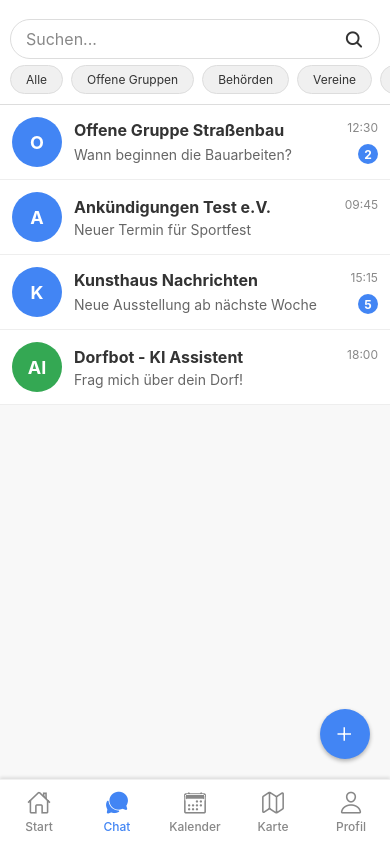
Repository: mylocalapp-de/MyLocalApp
Screen: /Chat
These files come from the project's save history. The screen is drawn as it stood at one moment and after the next save; the edit follows.
The app was drawn by React Native's web renderer in a window 390 px wide. The project was rebuilt for these pictures with package versions that can differ from the ones it lists, and the page was loaded fresh each time. Also part of the build but not shown: src/screens/CalendarScreen.js, src/screens/MapScreen.js, src/screens/ProfileScreen.js.

Above is the screen before, as saved 2025-03-25 16:28:55.

### App.js
import { StatusBar } from 'expo-status-bar';
import React from 'react';
import { SafeAreaProvider } from 'react-native-safe-area-context';
import AppNavigator from './src/navigation/AppNavigator';

export default function App() {
  return (
    <SafeAreaProvider>
      <StatusBar style="auto" />
      <AppNavigator />
    </SafeAreaProvider>
  );
}

### src/navigation/AppNavigator.js
import React from 'react';
import { NavigationContainer } from '@react-navigation/native';
import { createBottomTabNavigator } from '@react-navigation/bottom-tabs';
import { Ionicons } from '@expo/vector-icons';
import { Platform } from 'react-native';

// Import screens
import HomeScreen from '../screens/HomeScreen';
import ChatScreen from '../screens/ChatScreen';
import CalendarScreen from '../screens/CalendarScreen';
import MapScreen from '../screens/MapScreen';
import ProfileScreen from '../screens/ProfileScreen';

const Tab = createBottomTabNavigator();

const AppNavigator = () => {
  return (
    <NavigationContainer>
      <Tab.Navigator
        screenOptions={({ route }) => ({
          tabBarIcon: ({ focused, color, size }) => {
            let iconName;

            if (route.name === 'Home') {
              iconName = focused ? 'home' : 'home-outline';
            } else if (route.name === 'Chat') {
              iconName = focused ? 'chatbubbles' : 'chatbubbles-outline';
            } else if (route.name === 'Calendar') {
              iconName = focused ? 'calendar' : 'calendar-outline';
            } else if (route.name === 'Map') {
              iconName = focused ? 'map' : 'map-outline';
            } else if (route.name === 'Profile') {
              iconName = focused ? 'person' : 'person-outline';
            }

            return <Ionicons name={iconName} size={size} color={color} />;
          },
          tabBarActiveTintColor: '#4285F4',
          tabBarInactiveTintColor: '#888',
          headerShown: false,
          tabBarStyle: {
            height: Platform.OS === 'ios' ? 85 : 65,
            paddingTop: 5,
            paddingBottom: Platform.OS === 'ios' ? 25 : 10,
            backgroundColor: '#fff',
            borderTopWidth: 1,
            borderTopColor: '#f1f1f1',
            shadowColor: '#000',
            shadowOffset: { width: 0, height: -2 },
            shadowOpacity: 0.1,
            shadowRadius: 3,
            elevation: 5,
          },
          tabBarLabelStyle: {
            fontSize: 12,
            fontWeight: '500',
            paddingBottom: Platform.OS === 'ios' ? 5 : 0,
          },
        })}
      >
        <Tab.Screen
          name="Home"
          component={HomeScreen}
          options={{ tabBarLabel: 'Start' }}
        />
        <Tab.Screen
          name="Chat"
          component={ChatScreen}
          options={{ tabBarLabel: 'Chat' }}
        />
        <Tab.Screen
          name="Calendar"
          component={CalendarScreen}
          options={{ tabBarLabel: 'Kalender' }}
        />
        <Tab.Screen
          name="Map"
          component={MapScreen}
          options={{ tabBarLabel: 'Karte' }}
        />
        <Tab.Screen
          name="Profile"
          component={ProfileScreen}
          options={{ tabBarLabel: 'Profil' }}
        />
      </Tab.Navigator>
    </NavigationContainer>
  );
};

export default AppNavigator;

### src/screens/HomeScreen.js
import React from 'react';
import { View, Text, StyleSheet, ScrollView, TouchableOpacity, Platform } from 'react-native';
import ScreenHeader from '../components/common/ScreenHeader';
import { Ionicons } from '@expo/vector-icons';

const HomeScreen = () => {
  // Placeholder filters for the home screen
  const homeFilters = ['Aktuell', 'Vereine', 'Gemeinde', 'Veranstaltungen', 'Polizei'];

  // Placeholder articles
  const articles = [
    {
      id: 1,
      title: 'Polizei hat wieder Sprechstunden',
      date: '01.03.2023',
      content: 'Beitrag vom 01.03.2023. Die Polizei informiert über neue Sprechzeiten...',
      type: 'Polizei'
    },
    {
      id: 2,
      title: 'Dein Heimatort-Rat',
      date: '15.03.2023',
      content: 'Der Rat tagt ab sofort jeden zweiten Mittwoch im Monat...',
      type: 'Gemeinde'
    },
    {
      id: 3,
      title: 'Allgemeine Offene Gruppe',
      date: '20.03.2023',
      content: 'Neue Treffen ab jetzter Woche jeden Donnerstag...',
      type: 'Vereine'
    },
    {
      id: 4,
      title: 'Neue Feuerwehr-Spritze',
      date: '25.03.2023',
      content: 'Was tun, ob die Sirene heult?...',
      type: 'Gemeinde'
    },
  ];

  return (
    <View style={styles.container}>
      <ScreenHeader filters={homeFilters} />

      <ScrollView
        style={styles.content}
        contentContainerStyle={styles.scrollContent}
        showsVerticalScrollIndicator={false}
      >
        {articles.map(article => (
          <TouchableOpacity key={article.id} style={styles.articleCard}>
            <View style={styles.articleHeader}>
              <View style={styles.articleInfo}>
                <Text style={styles.articleType}>{article.type}</Text>
                <Text style={styles.articleDate}>{article.date}</Text>
              </View>
              <Ionicons name="ellipsis-vertical" size={20} color="#666" />
            </View>
            <Text style={styles.articleTitle}>{article.title}</Text>
            <Text style={styles.articleContent} numberOfLines={3}>
              {article.content}
            </Text>
          </TouchableOpacity>
        ))}
        <View style={styles.bottomPadding} />
      </ScrollView>

      <TouchableOpacity style={styles.addButton}>
        <Ionicons name="add" size={24} color="#fff" />
      </TouchableOpacity>
    </View>
  );
};

const styles = StyleSheet.create({
  container: {
    flex: 1,
    backgroundColor: '#f8f8f8',
  },
  content: {
    flex: 1,
  },
  scrollContent: {
    padding: 10,
    paddingBottom: Platform.OS === 'ios' ? 30 : 20,
  },
  bottomPadding: {
    height: 60, // Extra space at the bottom of the scroll for better UX
  },
  articleCard: {
    backgroundColor: '#fff',
    borderRadius: 8,
    padding: 15,
    marginBottom: 12,
    shadowColor: '#000',
    shadowOffset: { width: 0, height: 2 },
    shadowOpacity: 0.1,
    shadowRadius: 4,
    elevation: 2,
  },
  articleHeader: {
    flexDirection: 'row',
    justifyContent: 'space-between',
    alignItems: 'center',
    marginBottom: 8,
  },
  articleInfo: {
    flexDirection: 'row',
    alignItems: 'center',
  },
  articleType: {
    fontSize: 12,
    color: '#4285F4',
    fontWeight: 'bold',
    marginRight: 8,
  },
  articleDate: {
    fontSize: 12,
    color: '#888',
  },
  articleTitle: {
    fontSize: 16,
    fontWeight: 'bold',
    marginBottom: 8,
    color: '#333',
  },
  articleContent: {
    fontSize: 14,
    color: '#666',
    lineHeight: 20,
  },
  addButton: {
    position: 'absolute',
    right: 20,
    bottom: Platform.OS === 'ios' ? 100 : 30,
    width: 50,
    height: 50,
    borderRadius: 25,
    backgroundColor: '#4285F4',
    justifyContent: 'center',
    alignItems: 'center',
    shadowColor: '#000',
    shadowOffset: { width: 0, height: 2 },
    shadowOpacity: 0.3,
    shadowRadius: 4,
    elevation: 5,
  },
});

export default HomeScreen;

### src/screens/ChatScreen.js
import React from 'react';
import { View, Text, StyleSheet, FlatList, TouchableOpacity, Image } from 'react-native';
import ScreenHeader from '../components/common/ScreenHeader';
import { Ionicons } from '@expo/vector-icons';

const ChatScreen = () => {
  // Placeholder filters for the chat screen
  const chatFilters = ['Alle', 'Offene Gruppen', 'Behörden', 'Vereine', 'Ungelesen'];

  // Placeholder chat groups
  const chatGroups = [
    {
      id: 1,
      name: 'Offene Gruppe Straßenbau',
      lastMessage: 'Wann beginnen die Bauarbeiten?',
      time: '12:30',
      unread: 2,
      avatar: null,
      type: 'Offene Gruppen'
    },
    {
      id: 2,
      name: 'Ankündigungen Test e.V.',
      lastMessage: 'Neuer Termin für Sportfest',
      time: '09:45',
      unread: 0,
      avatar: null,
      type: 'Vereine'
    },
    {
      id: 3,
      name: 'Kunsthaus Nachrichten',
      lastMessage: 'Neue Ausstellung ab nächste Woche',
      time: '15:15',
      unread: 5,
      avatar: null,
      type: 'Behörden'
    },
    {
      id: 4,
      name: 'Dorfbot - KI Assistent',
      lastMessage: 'Frag mich über dein Dorf!',
      time: '18:00',
      unread: 0,
      avatar: null,
      type: 'Behörden',
      isBot: true
    }
  ];

  const renderAvatar = (item) => {
    if (item.avatar) {
      return <Image source={{ uri: item.avatar }} style={styles.avatar} />;
    }

    return (
      <View
        style={[styles.avatarPlaceholder,
          item.isBot ? styles.botAvatar : {}
        ]}
      >
        <Text style={styles.avatarLetter}>
          {item.isBot ? 'AI' : item.name.charAt(0)}
        </Text>
      </View>
    );
  };

  const renderChatItem = ({ item }) => (
    <TouchableOpacity style={styles.chatItem}>
      {renderAvatar(item)}
      <View style={styles.chatInfo}>
        <View style={styles.chatTopLine}>
          <Text style={styles.chatName}>{item.name}</Text>
          <Text style={styles.chatTime}>{item.time}</Text>
        </View>
        <View style={styles.chatBottomLine}>
          <Text style={styles.chatMessage} numberOfLines={1}>
            {item.lastMessage}
          </Text>
          {item.unread > 0 && (
            <View style={styles.unreadBadge}>
              <Text style={styles.unreadText}>{item.unread}</Text>
            </View>
          )}
        </View>
      </View>
    </TouchableOpacity>
  );

  return (
    <View style={styles.container}>
      <ScreenHeader filters={chatFilters} />

      <FlatList
        data={chatGroups}
        renderItem={renderChatItem}
        keyExtractor={item => item.id.toString()}
        style={styles.chatList}
      />

      <TouchableOpacity style={styles.addButton}>
        <Ionicons name="add" size={24} color="#fff" />
      </TouchableOpacity>
    </View>
  );
};

const styles = StyleSheet.create({
  container: {
    flex: 1,
    backgroundColor: '#f8f8f8',
  },
  chatList: {
    flex: 1,
    backgroundColor: '#f8f8f8',
  },
  chatItem: {
    flexDirection: 'row',
    padding: 12,
    backgroundColor: '#fff',
    borderBottomWidth: 1,
    borderBottomColor: '#eee',
    alignItems: 'center',
  },
  avatar: {
    width: 50,
    height: 50,
    borderRadius: 25,
    marginRight: 12,
  },
  avatarPlaceholder: {
    width: 50,
    height: 50,
    borderRadius: 25,
    backgroundColor: '#4285F4',
    justifyContent: 'center',
    alignItems: 'center',
    marginRight: 12,
  },
  botAvatar: {
    backgroundColor: '#34A853',
  },
  avatarLetter: {
    color: '#fff',
    fontSize: 18,
    fontWeight: 'bold',
  },
  chatInfo: {
    flex: 1,
    justifyContent: 'center',
  },
  chatTopLine: {
    flexDirection: 'row',
    justifyContent: 'space-between',
    marginBottom: 4,
  },
  chatBottomLine: {
    flexDirection: 'row',
    justifyContent: 'space-between',
    alignItems: 'center',
  },
  chatName: {
    fontSize: 16,
    fontWeight: 'bold',
    color: '#333',
  },
  chatTime: {
    fontSize: 12,
    color: '#888',
  },
  chatMessage: {
    fontSize: 14,
    color: '#666',
    flex: 1,
    marginRight: 8,
  },
  unreadBadge: {
    backgroundColor: '#4285F4',
    width: 20,
    height: 20,
    borderRadius: 10,
    justifyContent: 'center',
    alignItems: 'center',
  },
  unreadText: {
    color: '#fff',
    fontSize: 12,
    fontWeight: 'bold',
  },
  addButton: {
    position: 'absolute',
    right: 20,
    bottom: 20,
    width: 50,
    height: 50,
    borderRadius: 25,
    backgroundColor: '#4285F4',
    justifyContent: 'center',
    alignItems: 'center',
    shadowColor: '#000',
    shadowOffset: { width: 0, height: 2 },
    shadowOpacity: 0.3,
    shadowRadius: 4,
    elevation: 5,
  },
});

export default ChatScreen;

### src/components/common/ScreenHeader.js
import React from 'react';
import { View, StyleSheet, Text, Platform, SafeAreaView } from 'react-native';
import SearchBar from './SearchBar';
import FilterButtons from './FilterButtons';

const ScreenHeader = ({ title, filters = [] }) => {
  return (
    <SafeAreaView style={styles.safeArea}>
      <View style={styles.container}>
        <SearchBar />
        <FilterButtons filters={filters} />
      </View>
    </SafeAreaView>
  );
};

const styles = StyleSheet.create({
  safeArea: {
    width: '100%',
    backgroundColor: '#fff',
    paddingTop: Platform.OS === 'ios' ? 8 : 4,
  },
  container: {
    width: '100%',
    backgroundColor: '#fff',
    borderBottomWidth: 1,
    borderBottomColor: '#ddd',
  },
});

export default ScreenHeader;

### src/components/common/SearchBar.js
import React from 'react';
import { View, TextInput, StyleSheet, TouchableOpacity, Platform } from 'react-native';
import { Ionicons } from '@expo/vector-icons';

const SearchBar = ({ placeholder = 'Suchen...' }) => {
  return (
    <View style={styles.container}>
      <View style={styles.searchContainer}>
        <TextInput
          style={styles.input}
          placeholder={placeholder}
          placeholderTextColor="#888"
        />
        <TouchableOpacity style={styles.searchButton}>
          <Ionicons name="search" size={20} color="#333" />
        </TouchableOpacity>
      </View>
    </View>
  );
};

const styles = StyleSheet.create({
  container: {
    width: '100%',
    padding: 10,
    paddingTop: Platform.OS === 'ios' ? 10 : 15,
    paddingBottom: 6,
  },
  searchContainer: {
    flexDirection: 'row',
    backgroundColor: '#fff',
    borderRadius: 25,
    borderWidth: 1,
    borderColor: '#ddd',
    alignItems: 'center',
    paddingHorizontal: 10,
    height: 40,
  },
  input: {
    flex: 1,
    height: '100%',
    fontSize: 16,
    padding: 0,
    paddingLeft: 5,
  },
  searchButton: {
    padding: 5,
  }
});

export default SearchBar;

### src/components/common/FilterButtons.js
import React, { useState } from 'react';
import { View, Text, StyleSheet, TouchableOpacity, ScrollView } from 'react-native';

const FilterButtons = ({ filters = [] }) => {
  const [selectedFilters, setSelectedFilters] = useState([]);

  const toggleFilter = (filter) => {
    if (selectedFilters.includes(filter)) {
      setSelectedFilters(selectedFilters.filter(f => f !== filter));
    } else {
      setSelectedFilters([...selectedFilters, filter]);
    }
  };

  return (
    <ScrollView
      horizontal
      showsHorizontalScrollIndicator={false}
      style={styles.container}
      contentContainerStyle={styles.contentContainer}
    >
      {filters.map((filter, index) => (
        <TouchableOpacity
          key={index}
          style={[
            styles.filterButton,
            selectedFilters.includes(filter) && styles.selectedFilter
          ]}
          onPress={() => toggleFilter(filter)}
        >
          <Text
            style={[
              styles.filterText,
              selectedFilters.includes(filter) && styles.selectedFilterText
            ]}
          >
            {filter}
          </Text>
        </TouchableOpacity>
      ))}
    </ScrollView>
  );
};

const styles = StyleSheet.create({
  container: {
    flexDirection: 'row',
    marginBottom: 10,
  },
  contentContainer: {
    paddingHorizontal: 10,
  },
  filterButton: {
    paddingHorizontal: 15,
    paddingVertical: 6,
    borderRadius: 20,
    backgroundColor: '#f0f0f0',
    marginRight: 8,
    borderWidth: 1,
    borderColor: '#ddd',
  },
  selectedFilter: {
    backgroundColor: '#4285F4',
    borderColor: '#4285F4',
  },
  filterText: {
    fontSize: 12,
    color: '#333',
  },
  selectedFilterText: {
    color: '#fff',
  },
});

export default FilterButtons;

After the next save:
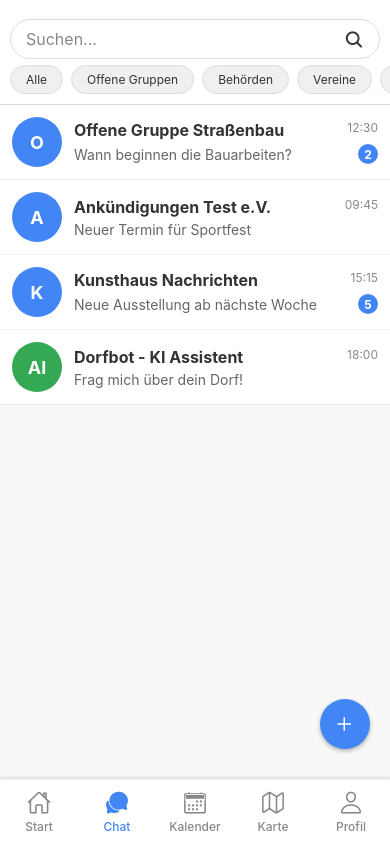
Saved 32 s later.
--- a/src/screens/ChatScreen.js
+++ b/src/screens/ChatScreen.js
@@ -1,5 +1,5 @@
 import React from 'react';
-import { View, Text, StyleSheet, FlatList, TouchableOpacity, Image } from 'react-native';
+import { View, Text, StyleSheet, FlatList, TouchableOpacity, Image, Platform } from 'react-native';
 import ScreenHeader from '../components/common/ScreenHeader';
 import { Ionicons } from '@expo/vector-icons';
 
@@ -97,6 +97,8 @@ const ChatScreen = () => {
         renderItem={renderChatItem}
         keyExtractor={item => item.id.toString()}
         style={styles.chatList}
+        contentContainerStyle={styles.listContent}
+        showsVerticalScrollIndicator={false}
       />
 
       <TouchableOpacity style={styles.addButton}>
@@ -115,6 +117,9 @@ const styles = StyleSheet.create({
     flex: 1,
     backgroundColor: '#f8f8f8',
   },
+  listContent: {
+    paddingBottom: Platform.OS === 'ios' ? 30 : 20,
+  },
   chatItem: {
     flexDirection: 'row',
     padding: 12,
@@ -191,7 +196,7 @@ const styles = StyleSheet.create({
   addButton: {
     position: 'absolute',
     right: 20,
-    bottom: 20,
+    bottom: Platform.OS === 'ios' ? 100 : 30,
     width: 50,
     height: 50,
     borderRadius: 25,
